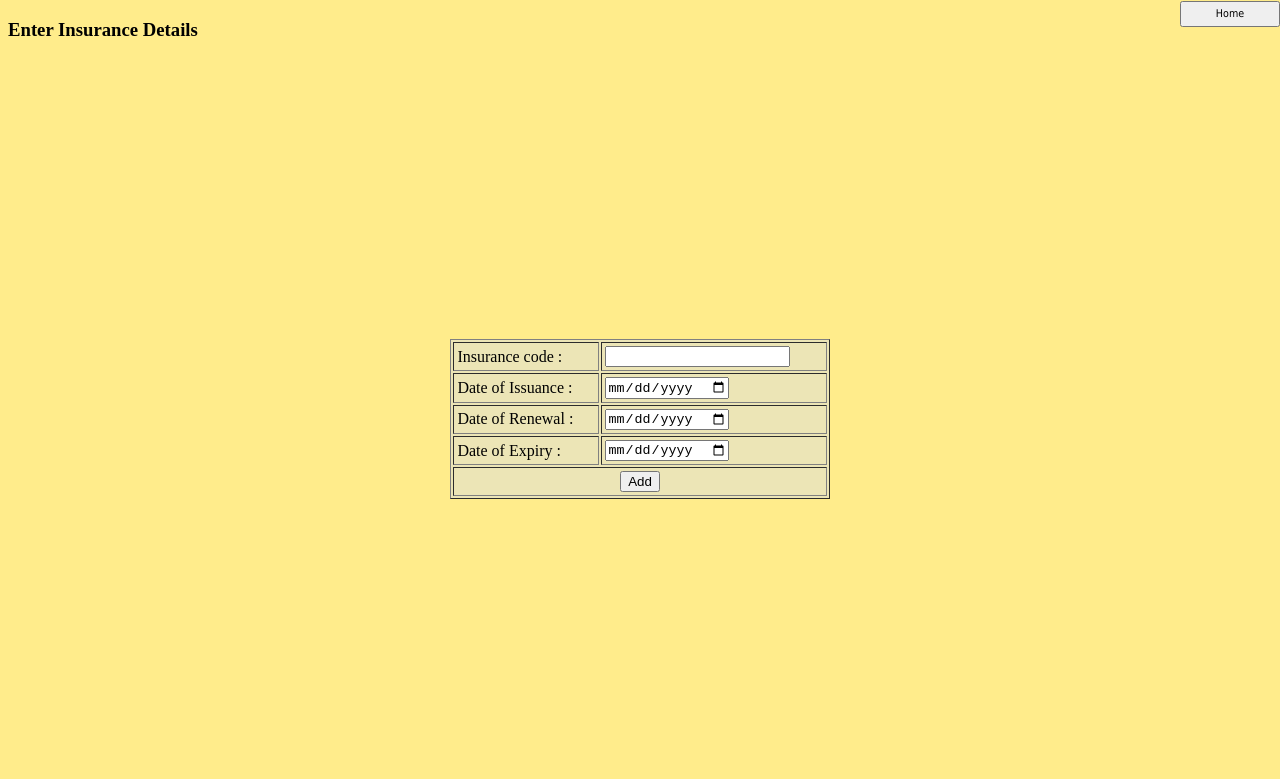
Repository: ankitasha/HomeProject
Page: http://localhost/insurance/WEB-INF/views/addinsurance.jsp
The author's editor kept a copy of each file at every save. The page is drawn from the files as they stood at one save, then again after the next save.
The browser window is 1280 px wide. The pictures show the whole page.
The page is served by Tomcat 9. Nobody is signed in. Other server files are loaded and not shown. The template is opened directly, without the code that normally fills it, so the values that code supplies are empty.

Above is the page before, as saved 2017-05-05 08:57:11.

### insurance/src/main/webapp/WEB-INF/views/addinsurance.jsp
<%@ page language="java" contentType="text/html; charset=ISO-8859-1"
    pageEncoding="ISO-8859-1"%>
<!DOCTYPE html PUBLIC "-//W3C//DTD HTML 4.01 Transitional//EN" "http://www.w3.org/TR/html4/loose.dtd">
<html>
<head>
<meta http-equiv="Content-Type" content="text/html; charset=ISO-8859-1">
<title>Add Insurance</title>
<style type="text/css">

#button {
     line-height: 12px;
     padding:5px;
     width: 100px;
     font-size: 8pt;
     font-family: tahoma;
     margin-top: 1px;
     margin-right: 0px;
     position:absolute;
     top:0;
     right:0;
 }

 #menu {
     line-height: 12px;
     padding:5px;
     width: 100px;
     font-size: 8pt;
     font-family: tahoma;
     margin-top: 1px;
     margin-right: 120px;
     position:absolute;
     top:0;
     right:0;
 }

   html, body {
    height: 100%;
  }
  #tableContainer-1 {
    height: 100%;
    width: 100%;
    display: table;
  }
  #tableContainer-2 {
    vertical-align: middle;
    display: table-cell;
    height: 100%;
  }
  #myTable {
    margin: 0 auto;
  }
</style>
</head>
<h3>Enter Insurance Details</h3>
<body style="background-color: #FFEC8B">
	  <div id="tableContainer-1">
  	    <div id="tableContainer-2">
          <form method="post" action="addCustomer">
             <center>
               <table id="myTable" border="1" width="30%" cellpadding="3" style="background-color: #ECE5B6;" WIDTH="30%">

                    <tr>
                        <td> Insurance code : </td><td><input name="insurancecode"  /> </td>
                    </tr>
                    <tr>
                        <td> Date of Issuance : </td><td> <input type="date" name="dateOfIssuance" /> </td>
                    </tr>
                    <tr>
                        <td> Date of Renewal : </td><td> <input type="date"  name="dateOfRenewal" /> </td>
                    </tr>
                     <tr>
                        <td> Date of Expiry : </td><td> <input type="date" name="dateOfExpiry" /> </td>
                    </tr>
                    <tr>
                      <td colspan="2" align="center"><input type="submit" value="Add" /></td>
                    </tr>
              </table>
            </center>
        </form>
        <form method="get" action="homepage">
   			 <button id="button" type="submit">Home</button>
		</form>
</body>
</html>

After the next save:
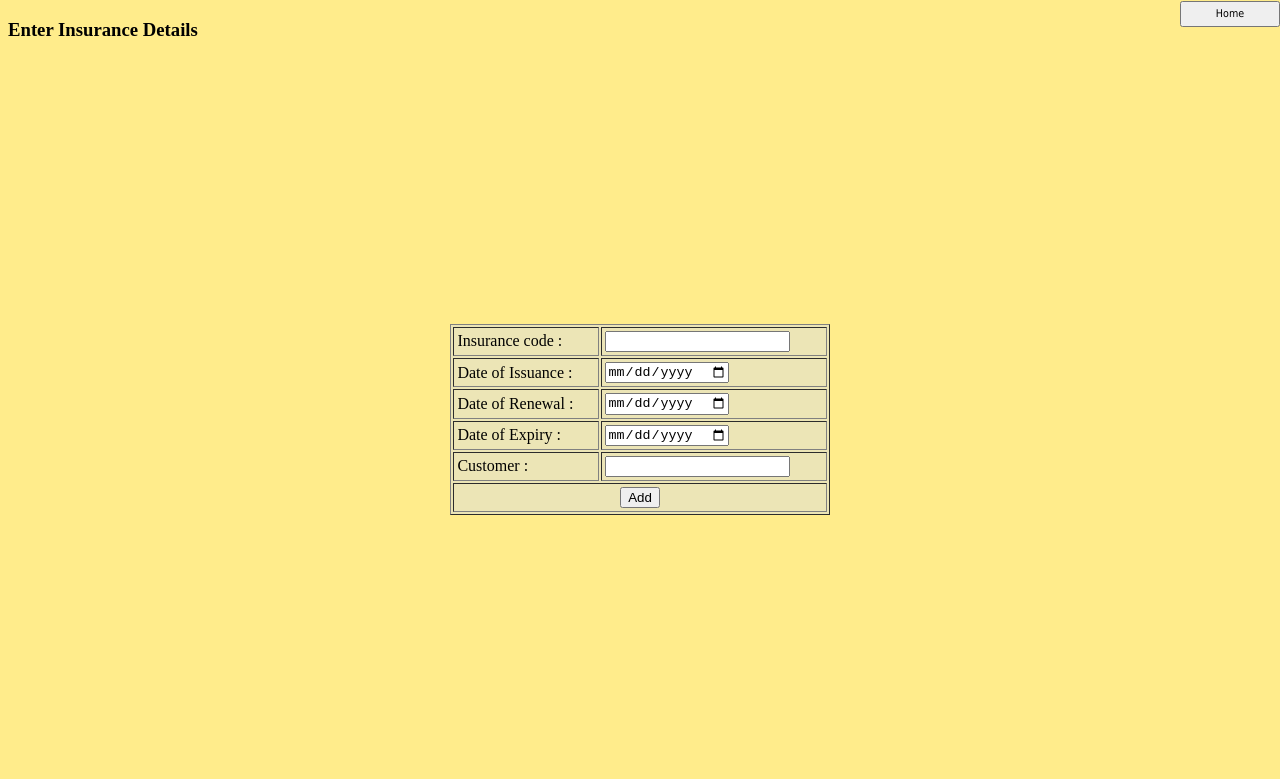
Saved 37 s later.
--- a/insurance/src/main/webapp/WEB-INF/views/addinsurance.jsp
+++ b/insurance/src/main/webapp/WEB-INF/views/addinsurance.jsp
@@ -72,6 +72,9 @@
                         <td> Date of Expiry : </td><td> <input type="date" name="dateOfExpiry" /> </td>
                     </tr>
                     <tr>
+                        <td> Customer : </td><td><input name="customer"  /> </td>
+                    </tr>
+                    <tr>
                       <td colspan="2" align="center"><input type="submit" value="Add" /></td>
                     </tr>
               </table>
